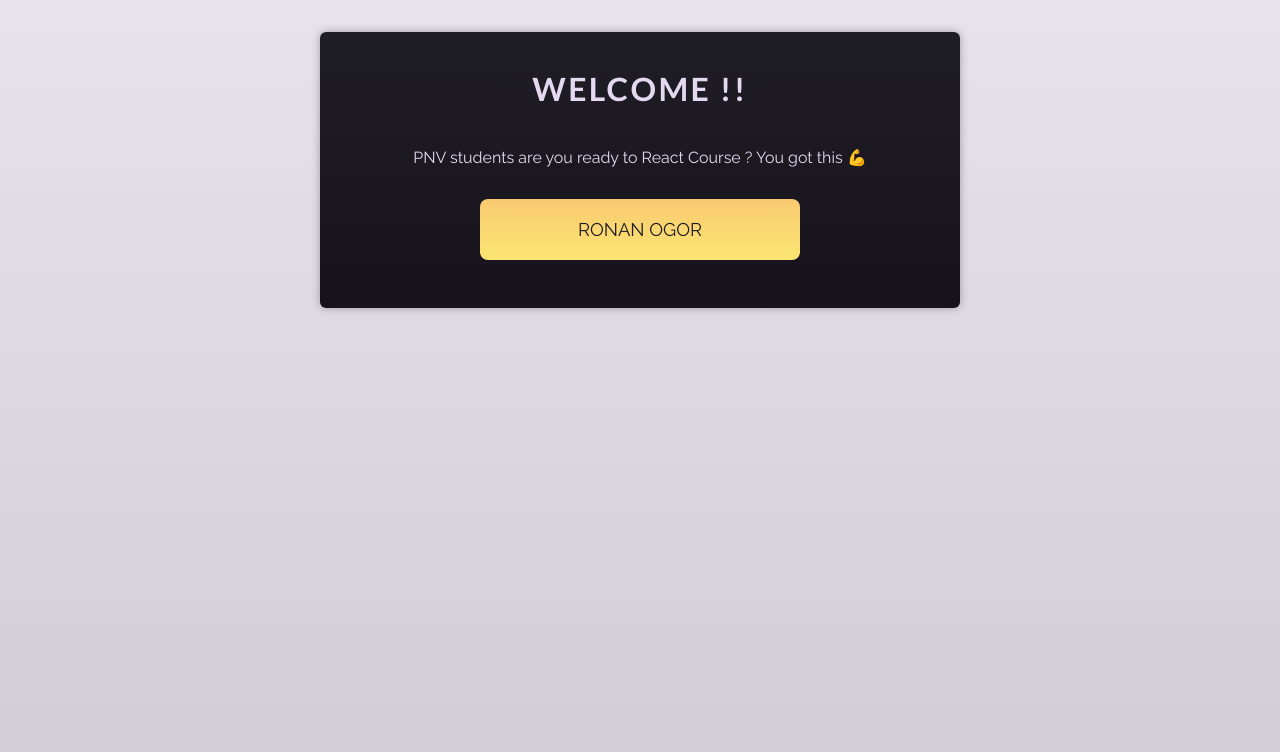
Repository: SoutPanhavon168/S2---PRACTICE---Props---List-display
Page: / (app in exercise-1/)
The author's editor kept a copy of each file at every save. The page is drawn from the files as they stood at one save, then again after a run of saves.
The browser window is 1280 px wide. The pictures show the whole page.
The project was rebuilt for these pictures with package versions that can differ from the ones it lists, and the page was loaded fresh each time. Also part of the build but not shown: exercise-1/vite.config.js.

Above is the page before, as saved 2025-02-27 13:57:20.

### exercise-1/src/App.jsx
import React from "react";

export const userData = {
  firstName: "Ronan", // feel free to replace the name value
  lastName: "Ogor", // feel free to replace the name value
  title: "PN React JS Killer", // feel free to replace the title value
};

// Edit the User component code to output the userData data
export function User({firstName , lastName , title}) {
  return (
    <div id="user" data-testid="user">
      <h2>{firstName} {lastName}</h2>
      <p>{title}</p>
    </div>
  );
}

// DON'T edit the App component code
function App() {
  return (
    <div id="app">
      <h1>WELCOME !!</h1>
      <p>PNV students are you ready to React Course ? You got this 💪</p>
      <User firstName={userData.firstName} lastName={userData.lastName} />
    </div>
  );
}

export default App;

Loaded but not shown: exercise-1/index.html (common file); exercise-1/src/index.jsx (common file); exercise-1/src/index.css (common file)

After the next 2 saves:
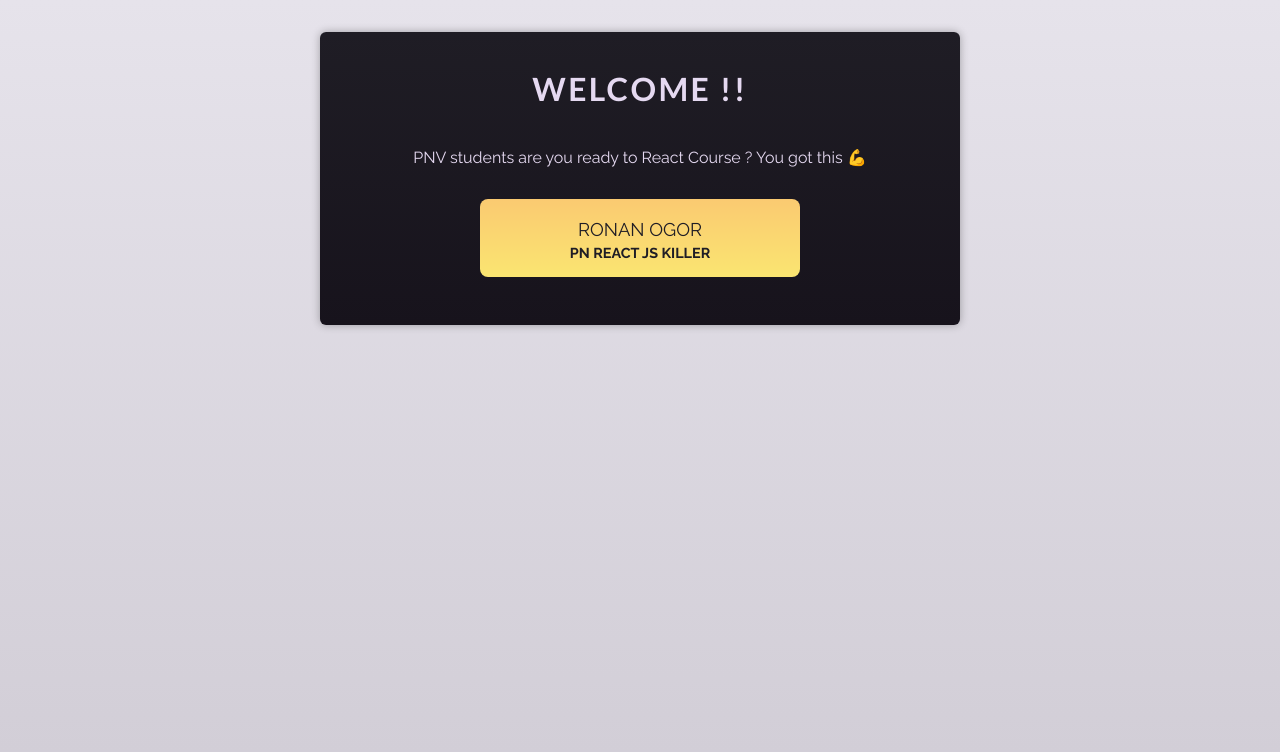
The 2 saves are shown as one change because they came seconds apart.
The last was saved 14 s later.
--- a/exercise-1/src/App.jsx
+++ b/exercise-1/src/App.jsx
@@ -22,7 +22,7 @@ function App() {
     <div id="app">
       <h1>WELCOME !!</h1>
       <p>PNV students are you ready to React Course ? You got this 💪</p>
-      <User firstName={userData.firstName} lastName={userData.lastName} />
+      <User firstName={userData.firstName} lastName={userData.lastName} title={userData.title}/>
     </div>
   );
 }
